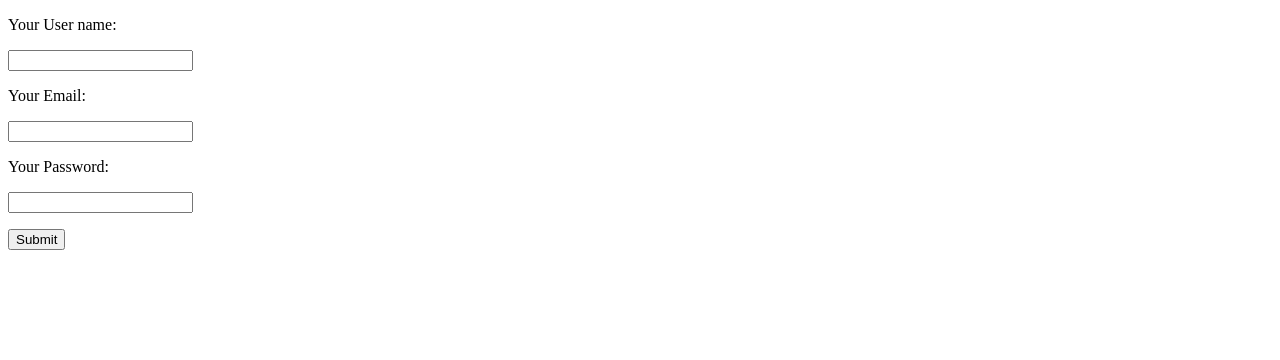
Repository: NicholasTsang/Mulesoft-playing-around
Page: workspace/database/src/main/html-app/Features/DataEntry.html
The author's editor kept a copy of each file at every save. The page is drawn from the files as they stood at one save, then again after the next save.
The browser window is 1280 px wide. The pictures show the whole page.

Above is the page before, as saved 2018-03-06 13:03:53.

### workspace/database/src/main/html-app/Features/DataEntry.html
<!DOCTYPE html>
<html >
 <head>

   <title>Login Form Submit Button</title>

 </head>

 <body>

   <form method="POST" action="http://localhost:5001">

     <p><label for="username">Your User name:</label> <div>
     <input type="text" id="username" name="username" /> </div> </p>

     <p><label for="username">Your Email:</label>
     <div> <input type="text" id="email" name="email" /> </div> </p>

     <p><label for="password">Your Password:</label>
     <div> <input type="password" id="password" name="password" /> </div> </p>

     <p><input type="submit"  value="Submit" /></p>

   </form>

 </body>
 </html>

After the next save:
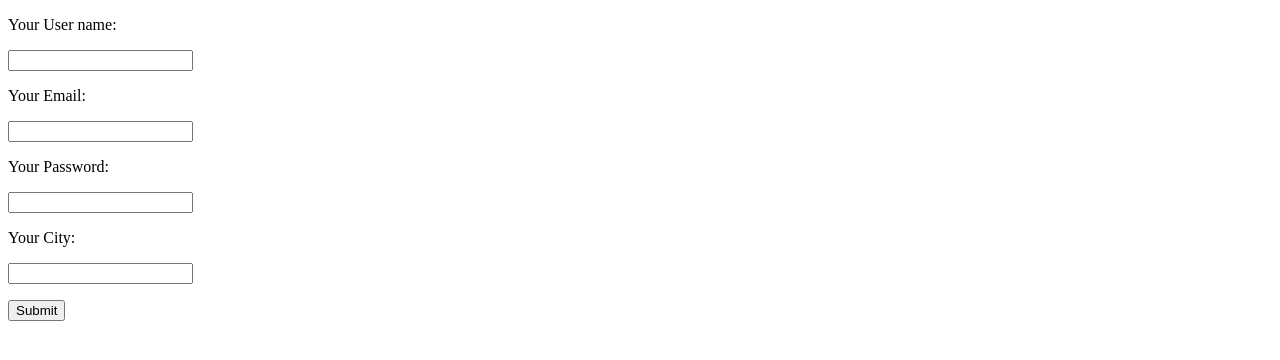
Saved 81 min 24 s later.
--- a/workspace/database/src/main/html-app/Features/DataEntry.html
+++ b/workspace/database/src/main/html-app/Features/DataEntry.html
@@ -19,6 +19,9 @@
      <p><label for="password">Your Password:</label>
      <div> <input type="password" id="password" name="password" /> </div> </p>
 
+     <p><label for="city">Your City:</label>
+     <div> <input type="text" id="city" name="city" /> </div> </p>
+
      <p><input type="submit"  value="Submit" /></p>
 
    </form>
